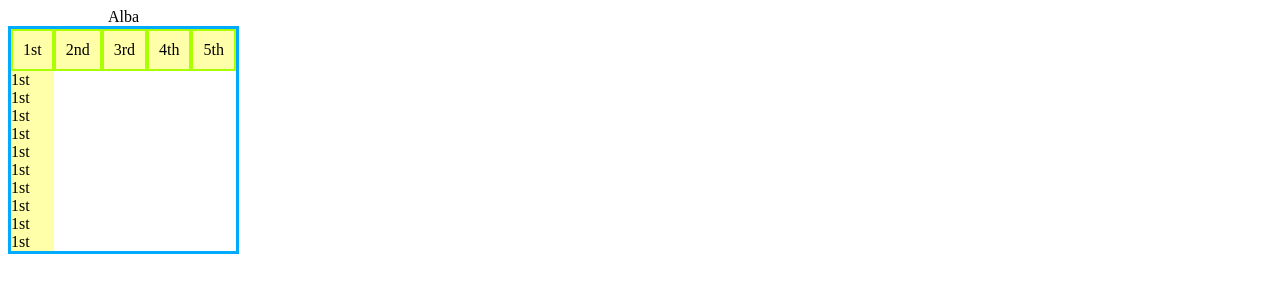
Repository: lixinso/html5
Page: workspace/CSS3/WebContent/box/box_div_table.html
These files come from the project's save history. The page is drawn as it stood at one moment and after the next save; the edit follows.
The browser window is 1280 px wide. The pictures show the whole page.

Above is the page before, as saved 2011-05-28 01:49:28.

After the next save:
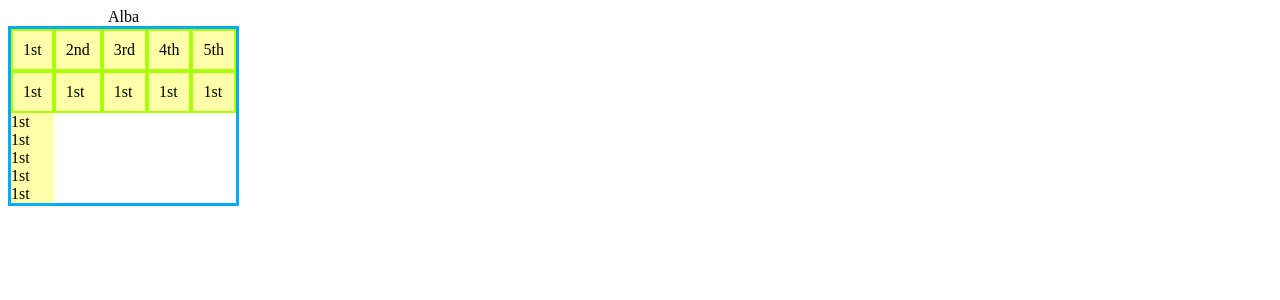
Saved 2 min 35 s later.
--- a/workspace/CSS3/WebContent/box/box_div_table.html
+++ b/workspace/CSS3/WebContent/box/box_div_table.html
@@ -46,11 +46,11 @@
 				<div class="td">5th</div>
 			</div>
 			<div class="tr">
-				<div class="1">1st</div>
-				<div class="2">1st</div>
-				<div class="3">1st</div>
-				<div class="4">1st</div>
-				<div class="5">1st</div>
+				<div class="td">1st</div>
+				<div class="td">1st</div>
+				<div class="td">1st</div>
+				<div class="td">1st</div>
+				<div class="td">1st</div>
 			</div>
 			<div class="tr">
 				<div class="6">1st</div>
